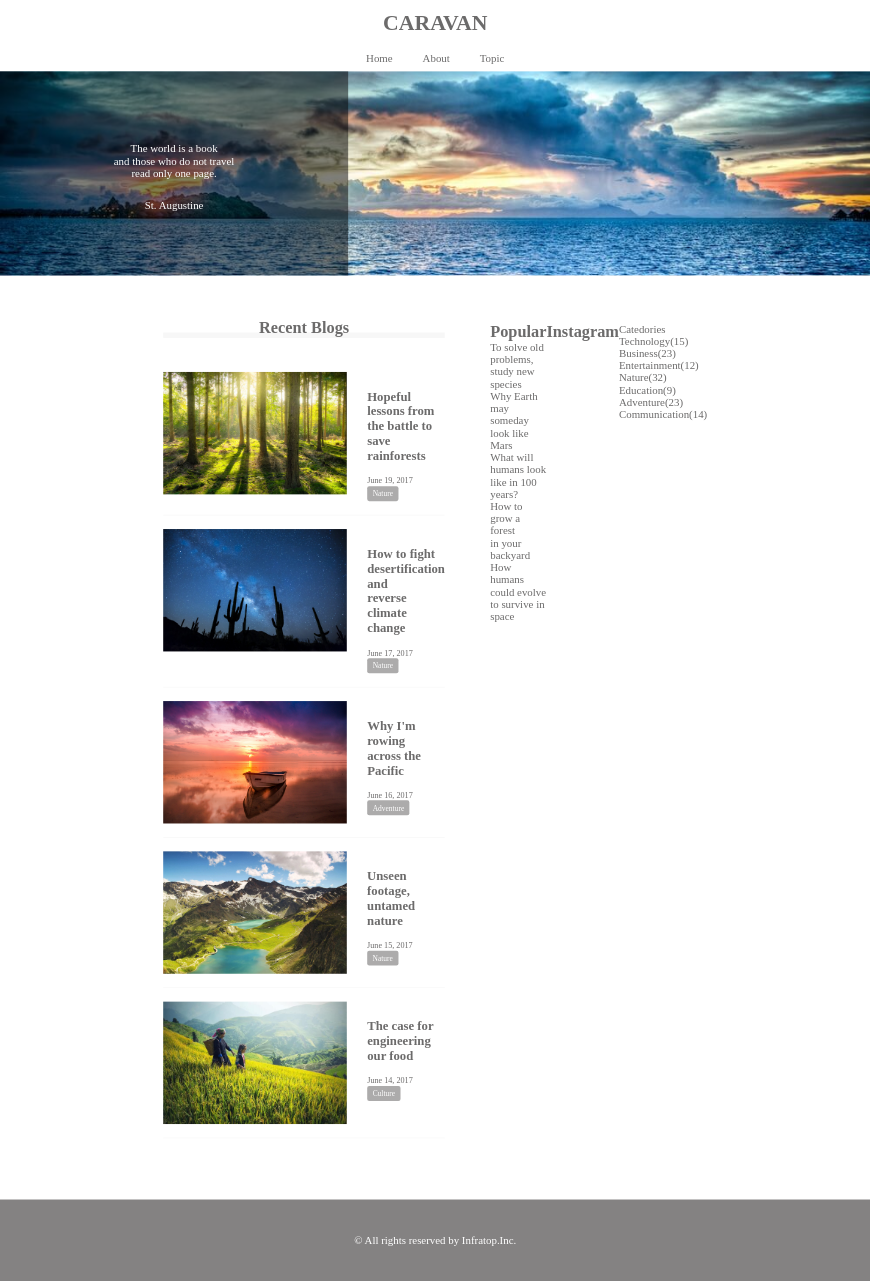
Repository: kowatann/sample_app
Page: caravan/index.html
The author's editor kept a record of every edit. The page is drawn from the files as they stood at one moment, then again after the next edit.
The browser window is 1280 px wide. The pictures show the whole page, at 68% of full size.

Above is the page before.

After the next edit:
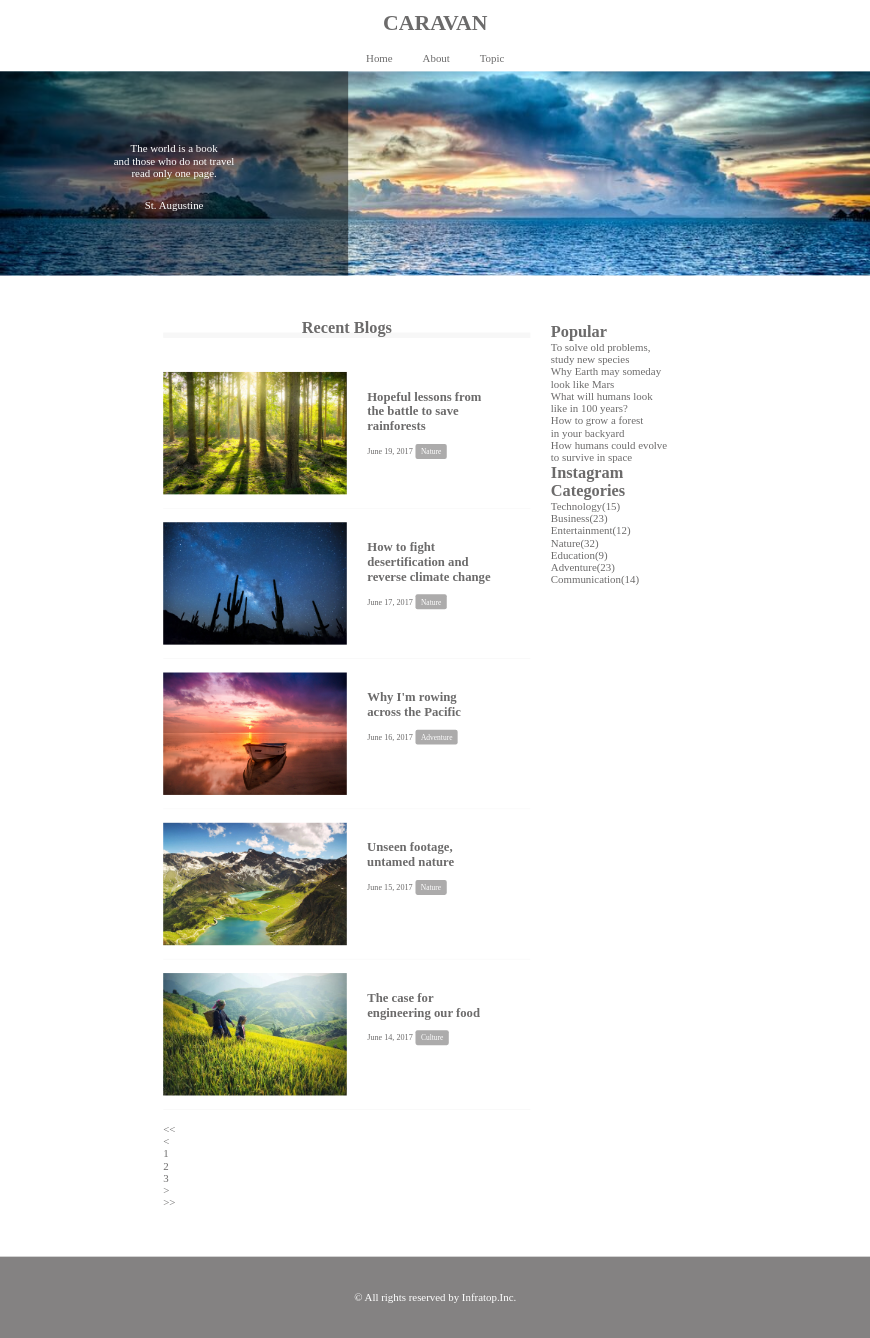
The edit:
--- a/caravan/index.html
+++ b/caravan/index.html
@@ -2,11 +2,13 @@
 <html lang="ja">
   <head>
     <meta charset="UTF-8" />
+
     <link rel="stylesheet" href="style.css" />
     <title>CARAVAN</title>
   </head>
 
   <body>
+    <!-- header -->
     <header>
       <h1 class="heading">
         <a href="index.html">
@@ -15,6 +17,7 @@
       </h1>
     </header>
 
+    <!-- navigation -->
     <nav>
       <ul class="nav-list">
         <li class="nav-list-item">
@@ -25,11 +28,12 @@
       </ul>
     </nav>
 
+    <!-- main-visual用のdiv -->
     <div class="main-visual">
       <div class="main-visual-content">
         <p class="main-visual-text">
-          The world is a book<br>
-          and those who do not travel<br>
+          The world is a book<br />
+          and those who do not travel<br />
           read only one page.
         </p>
         <p class="main-visual-name">
@@ -38,6 +42,7 @@
       </div>
     </div>
 
+    <!-- main用のdiv -->
     <main>
       <section class="blog">
         <h2 class="blog-heading">Recent Blogs</h2>
@@ -47,8 +52,8 @@
             <section class="blog-text">
               <h3 class="blog-text-heading">
                 <a href="single.html">
-                  Hopeful lessons from<br>
-                  the battle to save<br>
+                  Hopeful lessons from<br />
+                  the battle to save<br />
                   rainforests
                 </a>
               </h3>
@@ -61,8 +66,8 @@
             <section class="blog-text">
               <h3 class="blog-text-heading">
                 <a href="single.html">
-                  How to fight<br>
-                  desertification and<br>
+                  How to fight<br />
+                  desertification and<br />
                   reverse climate change
                 </a>
               </h3>
@@ -75,7 +80,7 @@
             <section class="blog-text">
               <h3 class="blog-text-heading">
                 <a href="single.html">
-                  Why I'm rowing<br>
+                  Why I'm rowing<br />
                   across the Pacific
                 </a>
               </h3>
@@ -88,7 +93,7 @@
             <section class="blog-text">
               <h3 class="blog-text-heading">
                 <a href="single.html">
-                  Unseen footage,<br>
+                  Unseen footage,<br />
                   untamed nature
                 </a>
               </h3>
@@ -101,7 +106,7 @@
             <section class="blog-text">
               <h3 class="blog-text-heading">
                 <a href="single.html">
-                  The case for<br>
+                  The case for<br />
                   engineering our food
                 </a>
               </h3>
@@ -110,46 +115,63 @@
             </section>
           </div>
         </div>
-      </section>
-
-      <div class="sidebar"></div>
-      <section class="popular">
-        <h2 class="popular-heading common-heading">Popular</h2>
-        <div class="sidebar-contents">
-          <p class="popular-text">To solve old problems,<br>study new species</p>
-          <p class="popular-text">Why Earth may someday<br>look like Mars</p>
-          <p class="popular-text">What will humans look<br>like in 100 years?</p>
-          <p class="popular-text">How to grow a forest<br>in your backyard</p>
-          <p class="popupar-text">How humans could evolve<br>to survive in space</p>
-        </div>
-      </section>
-      <section class="instagram">
-        <h2 class="instagram-heading common-heading">Instagram</h2>
-        <div class="sidebar-contents">
-          <div class="instagram-box"></div
-          <div class="instagram-box"></div
-          <div class="instagram-box"></div
-          <div class="instagram-box"></div
-          <div class="instagram-box"></div
-          <div class="instagram-box"></div
-        </div>
-      </section>
-      <section class="categories"
-      <h2 class="categories-heading common-heading">Catedories</h2>
-      <div class="sideber-contents">
-        <p class="categories-text">Technology(15)</p>
-        <p class="categories-text">Business(23)</p>
-        <p class="categories-text">Entertainment(12)</p>
-        <p class="categories-text">Nature(32)</p>
-        <p class="categories-text">Education(9)</p>
-        <p class="categories-text">Adventure(23)</p>
-        <p class="categories-text">Communication(14)</p>
+        <div class="pagination">
+          <p><<</p>
+          <p><</p>
+          <p>1</p>
+          <p>2</p>
+          <p>3</p>
+          <p>></p>
+          <p>>></p>
+        </div>      </section>
+      <div class="sidebar">
+        <section class="popular">
+          <h2 class="popular-heading common-heading">Popular</h2>
+          <div class="sidebar-contents">
+            <p class="popular-text">
+              To solve old problems,<br />study new species
+            </p>
+            <p class="popular-text">
+              Why Earth may someday<br />look like Mars
+            </p>
+            <p class="popular-text">
+              What will humans look<br />like in 100 years?
+            </p>
+            <p class="popular-text">
+              How to grow a forest<br />in your backyard
+            </p>
+            <p class="popular-text">
+              How humans could evolve<br />to survive in space
+            </p>
+          </div>
+        </section>
+        <section class="instagram">
+          <h2 class="instagram-heading common-heading">Instagram</h2>
+          <div class="sidebar-contents">
+            <div class="instagram-box"></div>
+            <div class="instagram-box"></div>
+            <div class="instagram-box"></div>
+            <div class="instagram-box"></div>
+            <div class="instagram-box"></div>
+            <div class="instagram-box"></div>
+          </div>
+        </section>
+        <section class="categories">
+          <h2 class="categories-heading common-heading">Categories</h2>
+          <div class="sidebar-contents">
+            <p class="categories-text">Technology(15)</p>
+            <p class="categories-text">Business(23)</p>
+            <p class="categories-text">Entertainment(12)</p>
+            <p class="categories-text">Nature(32)</p>
+            <p class="categories-text">Education(9)</p>
+            <p class="categories-text">Adventure(23)</p>
+            <p class="categories-text">Communication(14)</p>
+          </div>
+        </section>
       </div>
-    </section>
-  </div>
-
     </main>
 
+    <!-- footer -->
     <footer>
       <p class="footer-text">© All rights reserved by Infratop.Inc.</p>
     </footer>
